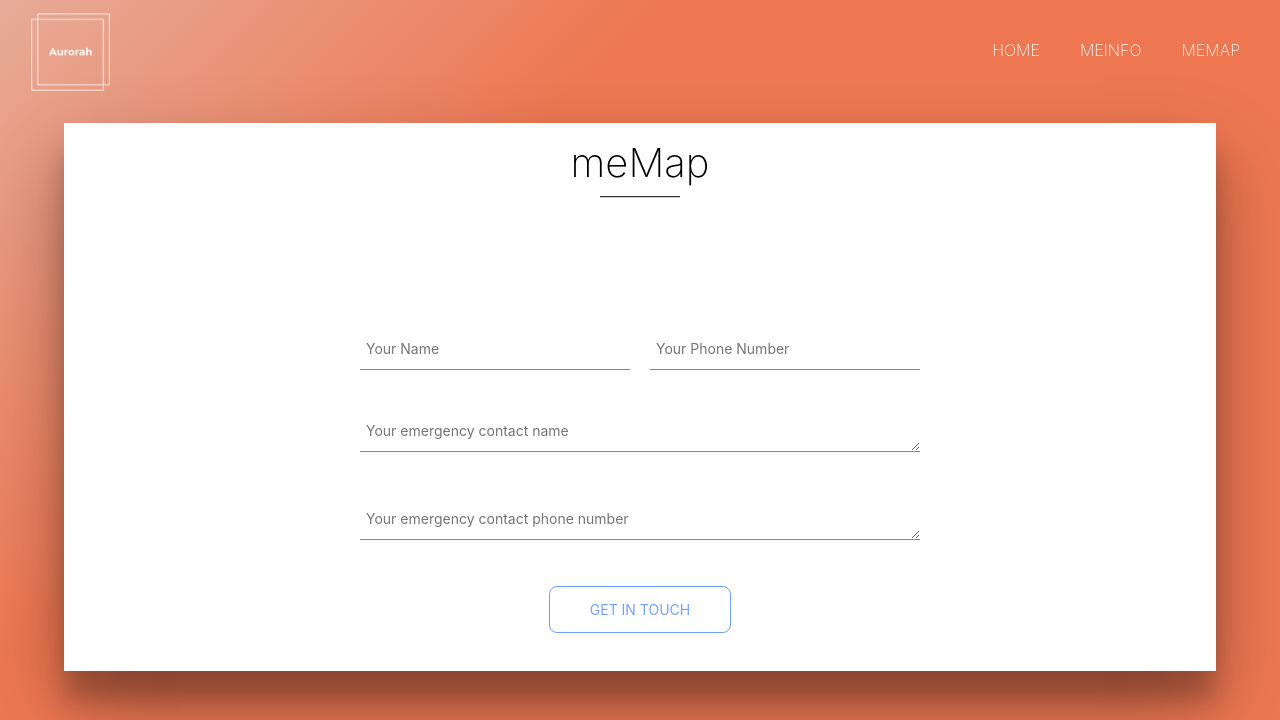
Repository: aasirvalji/saferMe
Page: /alt
The author's editor kept a copy of each file at every save. The page is drawn from the files as they stood at one save, then again after the next save.
The browser window is 1280 px wide. The pictures show the whole page.
An inner scrolling area shows only its first screen. The project was rebuilt for these pictures with package versions that can differ from the ones it lists, and the page was loaded fresh each time. Also part of the build but not shown: src/components/Landing.js, src/styles/Services.css, src/components/Services.js, src/styles/MapDisplay.css, src/mapStyles.js, src/components/MapDisplay.js, src/styles/AboutDisplay.css, src/components/AboutDisplay.js and 1 more.

Above is the page before, as saved 2020-02-15 11:57:29.

### public/index.html
<!DOCTYPE html>
<html lang="en">
  <head>
    <meta charset="utf-8" />
    <link rel="icon" href="%PUBLIC_URL%/favicon.ico" />
    <meta name="viewport" content="width=device-width, initial-scale=1" />
    <meta name="theme-color" content="#000000" />
    <meta
      name="description"
      content="Web site created using create-react-app"
    />
    <link rel="apple-touch-icon" href="%PUBLIC_URL%/logo192.png" />
    <!--
      manifest.json provides metadata used when your web app is installed on a
      user's mobile device or desktop. See https://developers.google.com/web/fundamentals/web-app-manifest/
    -->
    <link rel="manifest" href="%PUBLIC_URL%/manifest.json" />
    <!--
      Notice the use of %PUBLIC_URL% in the tags above.
      It will be replaced with the URL of the `public` folder during the build.
      Only files inside the `public` folder can be referenced from the HTML.

      Unlike "/favicon.ico" or "favicon.ico", "%PUBLIC_URL%/favicon.ico" will
      work correctly both with client-side routing and a non-root public URL.
      Learn how to configure a non-root public URL by running `npm run build`.
    -->

    <link
    rel="stylesheet"
    href="https://maxcdn.bootstrapcdn.com/bootstrap/4.3.1/css/bootstrap.min.css"
    integrity="sha384-ggOyR0iXCbMQv3Xipma34MD+dH/1fQ784/j6cY/iJTQUOhcWr7x9JvoRxT2MZw1T"
    crossorigin="anonymous"
  />

  <link rel="stylesheet" href="https://use.fontawesome.com/releases/v5.7.2/css/all.css" integrity="sha384-fnmOCqbTlWIlj8LyTjo7mOUStjsKC4pOpQbqyi7RrhN7udi9RwhKkMHpvLbHG9Sr" crossorigin="anonymous">

    <title>Aurorah</title>
  </head>
  <body>
    <noscript>You need to enable JavaScript to run this app.</noscript>
    <div id="root"></div>
    <!--
      This HTML file is a template.
      If you open it directly in the browser, you will see an empty page.

      You can add webfonts, meta tags, or analytics to this file.
      The build step will place the bundled scripts into the <body> tag.

      To begin the development, run `npm start` or `yarn start`.
      To create a production bundle, use `npm run build` or `yarn build`.
    -->
  </body>
</html>

### src/App.js
import React from 'react';
import './App.css';
import Navigate from './components/Navigate'
import Landing from './components/Landing'
import Services from './components/Services'
import MapDisplay from './components/MapDisplay'
import AltDisplay from './components/AltDisplay'
import AboutDisplay from './components/AboutDisplay'

import SampleDisplay from './components/SampleDisplay';


import {
  BrowserRouter as Router,
  Switch,
  Route,
} from "react-router-dom";

class App extends React.Component { //when working with any type of data, call it in App then pass to comp on interest

  constructor(props) {
    super(props);

  }

/* start api sample */
/*
  componentDidMount() {
    fetch("https://api.example.com/items")
      .then(res => res.json())
      .then(
        (result) => {
          this.setState({
            isLoaded: true,
            items: result.items
          });
        },
        // Note: it's important to handle errors here
        // instead of a catch() block so that we don't swallow
        // exceptions from actual bugs in components.
        (error) => {
          this.setState({
            isLoaded: true,
            error
          });
        }
      )
  }
  */
/* end api sample */
  render(){


  return (
    <Router>
    <div className="App">

    <Switch>

    <Route exact path="/">
    <div className='landing-div'>
    <Navigate></Navigate>
    <Landing></Landing>
    <img className='wave' src='https://www.ochrehealth.com.au/wp-content/uploads/2018/10/slider-wave.png' alt=''></img>  {/* wave pattern*/}
    </div>
    {/* services placement*/}
    {/* maps placement*/}
    </Route>

    <Route path="/about">
    <div className='about-background'>
    <Navigate></Navigate>

    <AboutDisplay></AboutDisplay>
    </div>
    </Route>

    <Route path="/map">
    <div className='map-background'>
    <Navigate></Navigate>

  <MapDisplay></MapDisplay>
    </div>
    </Route>

    <Route path="/graph">
    <div className='graph-background'>
    <Navigate></Navigate>


    </div>
    </Route>

    <Route path="/alt">
    <div className='alt-background'>
    <Navigate></Navigate>

    <AltDisplay></AltDisplay>
    </div>
    </Route>

    </Switch>

    </div>
    </Router>

  );
  }
}

export default App;

### src/App.css
.landing-div {
    height: 100vh;
	background: linear-gradient(-45deg, #ee7752, #e73c7e,#FF4136, #85144b);
	background-size: 400% 400%;
    animation: gradient 10s ease infinite;

}


@keyframes gradient {
	0% {
		background-position: 0% 50%;
	}
	50% {
		background-position: 100% 50%;
	}
	100% {
		background-position: 0% 50%;
	}
}

.landing-div .wave{
    margin-right: 20vh;
    height: 15vh;
    width: 100%;
    position: absolute;
    bottom: 0;
}

@media screen and (max-width:700px) {

    .landing-div {
        height: 110vh;
    }

    .landing-div .wave{
    display: none;
    }

}

.about-background{
    background: linear-gradient(-45deg, #23a6d5, #23a6d5,#23a6d5, #acceda);
    height: 100vh;
}

.map-background{
    background: linear-gradient(-45deg, #5444c4, #5444c4,#5444c4, #908ab9);
    height: 100vh;
}

.graph-background{
    background: linear-gradient(-45deg, #e73c7e, #e73c7e,#e73c7e, #e0a0b9);
    height: 100vh;
}

.alt-background{
    background: linear-gradient(-45deg, #ee7752, #ee7752,#ee7752, #e7ab98);
    height: 100vh;
}

### src/components/Navigate.js
import React from 'react';
import '../styles/Navigate.css';
import {}
from 'react-bootstrap';
import img from '../assets/Au.png'

import { Link } from "react-router-dom";


function Navigate() {
    return (
    <>
  <div class="header">
    <h2 class="logo"><img src={img}></img></h2>
    <input type="checkbox" id="chk"></input>
    <label for="chk" class="show-menu-btn">
      <i class="fas fa-ellipsis-h"></i>
    </label>

    <ul class="menu">
      <Link to="/"><a>Home</a></Link>
      {/*<Link to="/about"><a>About</a></Link>*/}
      <Link to="/alt"><a>meInfo</a></Link>
      <Link to="/map"><a>meMap</a></Link>
      {/*<Link to="/graph"><a>eGraph</a></Link>*/}

      <label for="chk" class="hide-menu-btn">
        <i class="fas fa-times"></i>
      </label>
    </ul>
  </div>
</>
);
}


export default Navigate;

### src/components/AltDisplay.js
import React from 'react';
import '../styles/AltDisplay.css'




class AltDisplay extends React.Component{

  constructor(props){
    super(props);

    this.state = {value: ''};

    this.handleChange = this.handleChange.bind(this);
    this.handleSubmit = this.handleSubmit.bind(this);
}

handleChange(event) {
  this.setState({value: event.target.value});
}

handleSubmit(event) {
  console.log(this.state.value);
  alert('A name was submitted: ' + this.state.value);
  event.preventDefault();
}

render(){
    return(
        <>

<div className='alt-con'>

<div className='alt-header'>
<h1>meMap</h1>
</div>

<form class="contact-section" onSubmit={this.handleSubmit}>
      <div class="inner-width">
        <input type="text" class="name" placeholder="Your Name" value={this.state.value} onChange={this.handleChange} ></input>
        <input type="email" class="email" placeholder="Your Phone Number"></input>
        <textarea rows="1" placeholder="Your emergency contact name" class="message"></textarea>
        <textarea rows="1" placeholder="Your emergency contact phone number" class="message"></textarea>
        <button type='submit' value="Submit">Get in touch</button>
      </div>
    </form>

</div>

        </>
    )
}
}


export default AltDisplay;

### src/styles/Navigate.css
/* Start Navbar */

.header{
    height: 100px;
    background: transparent;
    padding: 0 20px;
    color: white;
    font-weight: 200;
  }
  .logo{
    line-height: 100px;
    float: left;
  }

  .header h2{
    font-weight: 200;
  }

  .header img{
    width: 12vh;
    height: 12vh;
    margin-left: 1vh;
  }

  .menu{
    float: right;
    line-height: 100px;
  }
  .menu a{
    color: white;
    text-transform: uppercase;
    text-decoration: none;
    padding: 0 10px;
    transition: 0.4s;
  }
  .show-menu-btn,.hide-menu-btn{
    transition: 0.4s;
    font-size: 30px;
    cursor: pointer;
    display: none;
  }
  .show-menu-btn{
    float: right;
  }
  .show-menu-btn i{
    line-height: 100px;
  }
  .menu a:hover,
  .show-menu-btn:hover,
  .hide-menu-btn:hover{
    transition: .5s;
    color: black;
  }

  #chk{
    position: absolute;
    visibility: hidden;
    z-index: -1111;
  }

  .content{
    padding: 0 20px;
  }
  .content img{
    width: 100%;
    max-width: 700px;
    margin: 20px 0;
  }
  .content p{
    text-align: justify;
  }

  @media screen and (max-width:800px) {
    .show-menu-btn,.hide-menu-btn{
      display: block;
    }
    .menu{
      position: fixed;
      width: 100%;
      height: 100vh;
      background: linear-gradient(-45deg, #ee7752, #e73c7e,#5444c4, #23a6d5);
      right: -100%;
      top: 0;
      text-align: center;
      padding: 80px 0;
      line-height: normal;
      transition: 0.7s;
      z-index: 1000;
    }
    .menu a{
      display: block;
      padding: 20px;
    }

    .menu a:hover{
      cursor: pointer;
    }

    .hide-menu-btn{
      position: absolute;
      top: 40px;
      right: 40px;
    }
    #chk:checked ~ .menu{
      right: 0;
    }
  }

  /* End Navbar */

### src/styles/Landing.css


  * {
    box-sizing: border-box;
    margin: 0;
    padding: 0;
  }


  h1 {
    line-height: 1.3;

  }

  img {
    width: 90%;
  }

  .container {
    max-width: 1200px;
    margin: auto;
    padding: 0 2rem;
    margin-top: 13vh;
  }

  .container h1, p{
    margin-top: 10vh;
    color: white;
  }

  .main-header{
    -webkit-animation: fadein 4s; /* Safari, Chrome and Opera > 12.1 */
    -moz-animation: fadein 4s; /* Firefox < 16 */
     -ms-animation: fadein 4s; /* Internet Explorer */
      -o-animation: fadein 4s; /* Opera < 12.1 */
         animation: fadein 4s;
  }

  .main-subheader{
    -webkit-animation: fadein 4s; /* Safari, Chrome and Opera > 12.1 */
    -moz-animation: fadein 4s; /* Firefox < 16 */
     -ms-animation: fadein 4s; /* Internet Explorer */
      -o-animation: fadein 4s; /* Opera < 12.1 */
         animation: fadein 4s;
  }

  .section-a {
    margin: 2rem 0;
  }

  .section-a .container {
    display: grid;
    grid-template-columns: 1fr 1fr;
    grid-gap: 3rem;
    align-items: center;
    justify-content: center;
  }

  .section-a h1 {
    font-size: 4rem;
    font-weight: 200;
  }

  .section-a p {
    font-size: 1.1rem;
    margin: 1rem 0 0 .775vh;
    font-weight: 200;
  }

  .floating{
    animation-name: floating;
    animation-duration: 3s;
    animation-iteration-count: infinite;
    animation-timing-function: ease-in-out;
    z-index: 100;
  }


  @keyframes floating {
    from { transform: translate(0,  0px); }
    50%  { transform: translate(0, 20px); }
    to   { transform: translate(0, -0px); }
}

  @media (max-width: 700px) {
    .section-a .container {
      grid-template-columns: 1fr;
      text-align: center;
    }

    .section-a .container div:first-child {
      order: 2;
    }

    .section-a .container div:nth-child(2) {
      order: -1;
    }

    .section-a img {
      width: 80%;
      margin: auto;
    }
  }

/* fade in animation*/

@keyframes fadein {
  from { opacity: 0; }
  to   { opacity: 1; }
}

/* Firefox < 16 */
@-moz-keyframes fadein {
  from { opacity: 0; }
  to   { opacity: 1; }
}

/* Safari, Chrome and Opera > 12.1 */
@-webkit-keyframes fadein {
  from { opacity: 0; }
  to   { opacity: 1; }
}

/* Internet Explorer */
@-ms-keyframes fadein {
  from { opacity: 0; }
  to   { opacity: 1; }
}

/* Opera < 12.1 */
@-o-keyframes fadein {
  from { opacity: 0; }
  to   { opacity: 1; }
}

### src/styles/AltDisplay.css
/* Try adding wave to Navbar */

.alt-con{
    transform: translateY(1vh);
    color: black;
    width: 90%;
    height: 76vh;
    margin: 15px auto;
    background: white;
    overflow: hidden;
    position: relative;
    top: 0;
    -webkit-box-shadow: 0 38px 76px rgba(0, 0, 0, 0.3), 0 30px 24px rgba(0, 0, 0, 0.22);
            box-shadow: 0 38px 76px rgba(0, 0, 0, 0.3), 0 30px 24px rgba(0, 0, 0, 0.22);
            overflow-y: auto;
}

.alt-con p{
    color: white;
}

.alt-header h1{
    color: black;
    text-align: center;
    font-weight: 200;
    margin-top: 2vh;
    margin-bottom: 8vh;
}

.alt-header h1:after {

    content: '';
    transform: translateY(1vh);
    margin: auto;
    border-bottom: .1vh solid black;
    width: 11vh;
    display: block;

}

.alt-details p{
    font-weight: 300;
    margin: auto;
    color: black;
    text-align: center;
    width: 50%;
    margin-bottom: 3vh;
}

.alt-details img{
    display: block;
    margin: 0 auto;
    height: 40vh;
    width: 50vh;
}

/* sample */

.middle{
    position: relative;
    margin: auto;
  }

  .task-list{
    width: 400px;
    padding: 40px;
    background: linear-gradient(-45deg, #ee7752, #ee7752,#ee7752, #e7ab98);
    background-size: cover;
  }
  .task-list h2{
    color: #fff;
    font-weight: 220;
  }
  .task{
    display: flex;
    padding: 10px 0;
    align-items: center;
    cursor: pointer;
    font-weight: 220;
  }

  .task input{
    position: absolute;
    visibility: hidden;
  }

  .task i{
    display: inline-block;
    width: 48px;
    height: 48px;
    border-radius: 50%;
    border: 1px solid white;
    text-align: center;
    line-height: 48px;
    font-size: 20px;
    margin-right: 14px;
    color: transparent;
  }

  .text{
    font-size: 18px;
    color: #fff;
  }

  .task input:checked ~ i{
    color: white;
  }

  .task input:checked ~ .text{
    text-decoration: line-through;
    color: white;
  }












  .contact-section{
    background: transparent;
    padding: 80px 0;
    text-align: center;
  }

  .inner-width{
    max-width: 600px;
    margin: auto;
    padding: 0 20px;
  }

  .contact-section h1{
    font-size: 20px;
    color: #888;
    margin-bottom: 40px;
    text-transform: uppercase;
    letter-spacing: 4px;
    font-weight: 400;
  }

  .name,.email,.message{
    background: none;
    border:none;
    outline: none;
    border-bottom: 1px solid;
    color: #888;
    padding: 10px 6px;
    font-size: 14px;
    margin-bottom: 40px;
  }

  .name{
    float: left;
    width: 270px;
  }

  .email{
    float: right;
    width: 270px;
  }

  .message{
    min-width: 100%;
    max-width: 100%;
  }


  .contact-section button{
    background: none;
    color: #70a1ff;
    border: 1px solid #70a1ff;
    padding: 12px 40px;
    border-radius: 8px;
    text-transform: uppercase;
    font-size: 14px;
    transition: 0.4s linear;
    cursor: pointer;
  }

  .contact-section button:hover{
    background: #70a1ff;
    color: #fff;
  }


  @media screen and (max-width:600px){
    .name,.email{
      width: 100%;
    }
  }

Loaded but not shown: src/index.js (common file); src/index.css (common file); src/serviceWorker.js (common file)

After the next save:
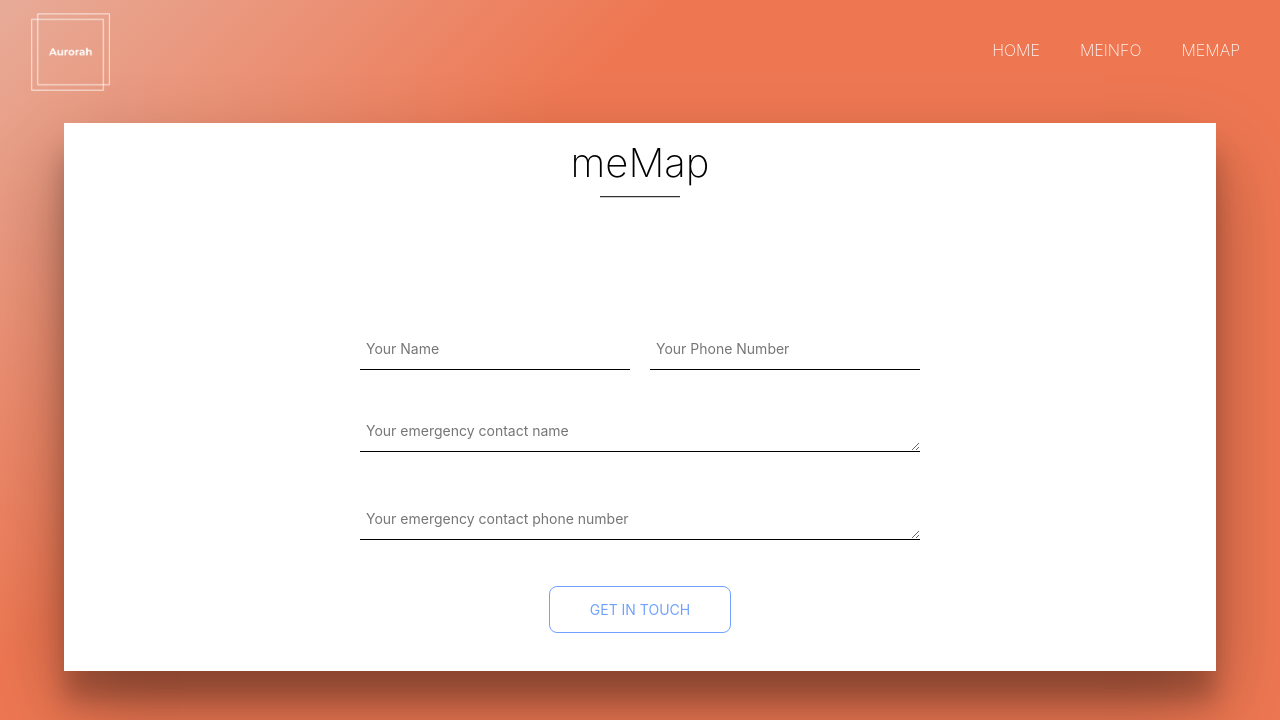
Saved 70 s later.
--- a/src/styles/AltDisplay.css
+++ b/src/styles/AltDisplay.css
@@ -148,7 +148,7 @@
     border:none;
     outline: none;
     border-bottom: 1px solid;
-    color: #888;
+    color: #000000;
     padding: 10px 6px;
     font-size: 14px;
     margin-bottom: 40px;

After the save that followed:
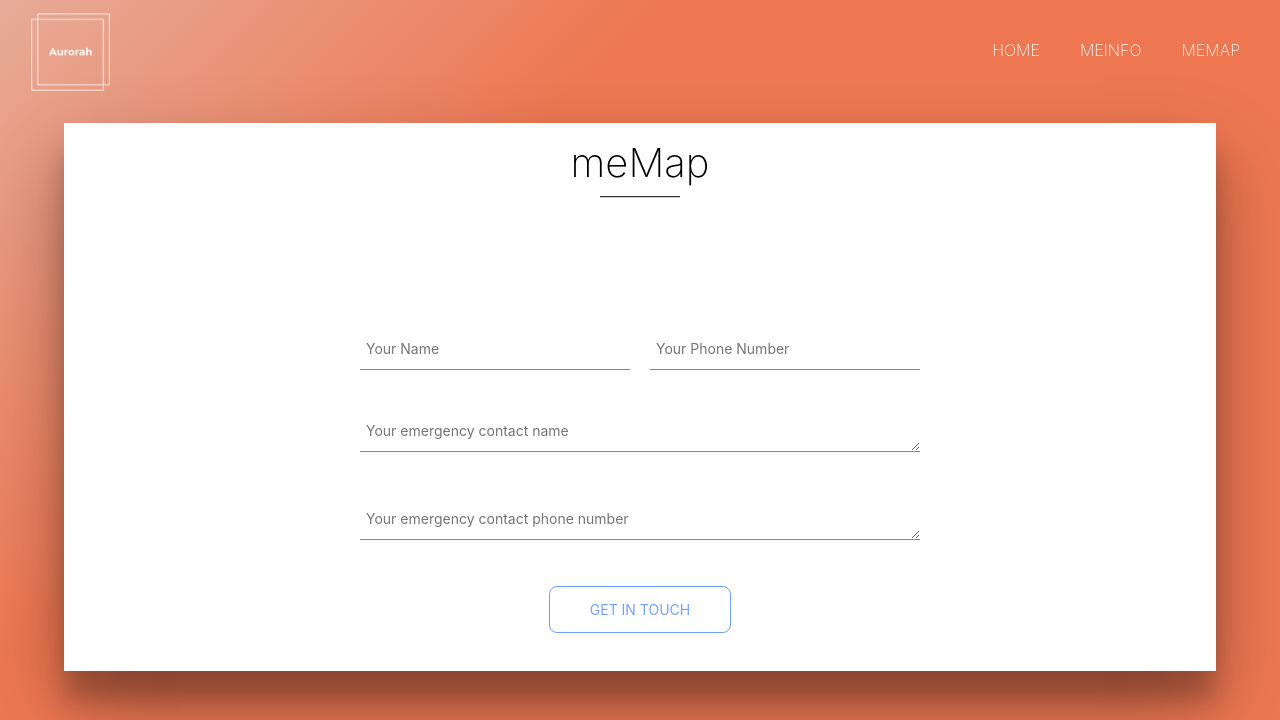
Saved 7 s later.
--- a/src/styles/AltDisplay.css
+++ b/src/styles/AltDisplay.css
@@ -148,7 +148,7 @@
     border:none;
     outline: none;
     border-bottom: 1px solid;
-    color: #000000;
+    color: #888;
     padding: 10px 6px;
     font-size: 14px;
     margin-bottom: 40px;
